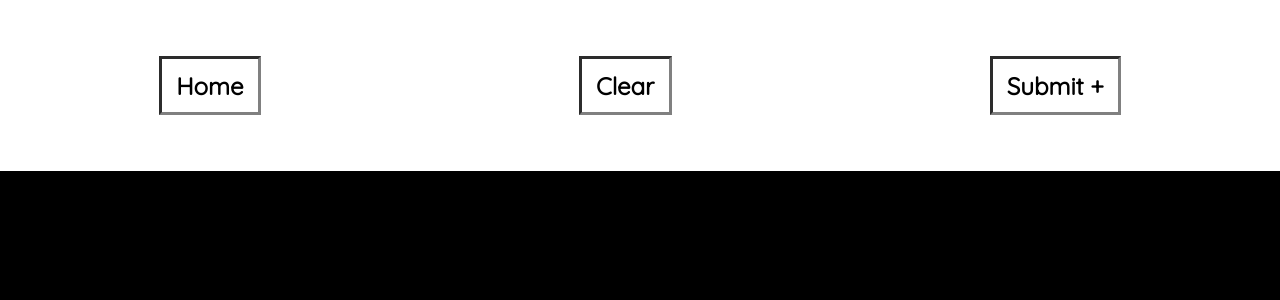
Repository: rickypcyt/WebMural
Page: /
An editor plug-in stored every save of this project. The page is shown before and after the next save, followed by the edit.
The browser window is 1280 px wide. The pictures show the whole page.
The project was rebuilt for these pictures with package versions that can differ from the ones it lists, and the page was loaded fresh each time.

Above is the page before, as saved 2022-09-12 13:34:20.

### src/index.js
import React from "react";
import ReactDOM from "react-dom/client";
import "./index.css";
import WebMural from "./Pages/WebMural";
import reportWebVitals from "./reportWebVitals";
import { BrowserRouter, Routes, Route, Switch } from "react-router-dom";

const root = ReactDOM.createRoot(document.getElementById("root"));
root.render(
  <React.StrictMode>
    <BrowserRouter>
      <WebMural />
    </BrowserRouter>
  </React.StrictMode>
);

// If you want to start measuring performance in your app, pass a function
// to log results (for example: reportWebVitals(console.log))
// or send to an analytics endpoint. Learn more: https://bit.ly/CRA-vitals
reportWebVitals();

### src/index.css
@import url("https://fonts.googleapis.com/css2?family=Quicksand");

input[type="file"] {
  display: none;
}
.container {
  top: 0%;
  left: 0%;
}
::marker {
  display: none;
}
.image-container {
  width: 100%;
  margin: auto;
  display: flex;
  flex-direction: row;
  justify-content: space-evenly;
  gap: 15px;
  padding: 10px;
  background-color: black;
}
html{
  background: black;
}

body {
  line-height: 1;
  font-family: "Quicksand";
  font-size: large;
  margin: 0%;
  padding: 0%;
}
main {
  top: 10%;
}
ol {
  list-style: none;
  display: flex;
  padding: 0;
  align-items: flex-start;
  justify-content: space-around;
  display: flex;
  flex-wrap: wrap;
  align-content: center;
}
.content {
  position: absolute;
  right: calc(var(--pad) * 2);
  bottom: calc(var(--pad) * 2);
  white-space: nowrap;
}
.parrafo {
  line-height: 1.5;
  text-align: end;
  font-size: larger;
}
.parrafo span {
  display: block;
}
.titulo {
  margin: 0;
}
.oli {
  font-weight: bold;
  border-style: inset;
  border-color: gray;

  font-size: x-large;
  padding: 1ch;
}
.descripcion {
  font-weight: lighter;
  font-style: oblique;
}
.oli:hover {
  color: black;
  border-style: outset;
  border-color: gray;
}
.page {
  padding-top: 2%;
  padding-bottom: 3%;
}
.pageContact {
  padding-top: 8%;
  padding-bottom: 9%;
}
.cabeceranavi {
  padding-bottom: 3%;
  padding-top: 3%;
  background-color: white;
}
p {
  font-weight: bold;
}
a {
  color: black;
  text-decoration: none;
  padding: 0ch;
}
span {
  font-size: larger;
}
li {
  width: 7%;
  height: 10%;
}
ul {
  list-style-type: none;
  margin: 0%;
  display: flex;
  align-items: center;
  flex-direction: row;
  padding-top: 5%;
  padding-bottom: 5%;
  padding-left: 0%;
  justify-content: space-around;
}
.imagenes {
  display: block;
  height: auto;
  width: auto;
  padding-top: 5%;
  padding-bottom: 5%;
}

.imagenesproyect {
  position: relative;
}
.fixer {
  display: flex;
  flex-direction: row;
  justify-content: space-evenly;
  padding-bottom: 3%;
}
.overlay {
  position: absolute;
  top: 0.83cm;

  background: rgb(0, 0, 0);
  background: rgb(2, 0.3, 0.9, 0.6); /* Black see-through */
  color: #f1f1f1;
  width: 100%;
  transition: 0.5s ease;
  color: white;
  text-align: center;
  font-size: 20px;
  padding-top: 20px;
  padding-bottom: 20px;
  opacity: 0;
}
.imagenesproyect:hover .overlay {
  opacity: 1;
}
.overlay2 {
  position: absolute;
  bottom: 8%;
  background: rgb(0, 0, 0);
  background: rgba(40, 40, 40, 0.6); /* Black see-through */
  color: #f1f1f1;
  width: 100%;
  transition: 0.5s ease;
  color: white;
  text-align: center;
  font-size: 20px;
  padding-top: 20px;
  padding-bottom: 20px;
  opacity: 0;
}
.imagenesproyect:hover .overlay2 {
  opacity: 1;
}

.homeinfo {
  font-size: x-large;
}

@media screen and (max-width: 1340px) {
  .fixer {
    flex-direction: column;
    justify-content: center;
  }
  .imagenes {
    height: auto;
    width: 100%;
  }
  ol {
  }
}

.image-container {
  width: auto;
  margin: auto;
  /* display: flex; */
  flex-wrap: wrap;
  gap: 15px;
  padding: 10px;
}

.image-container img {
  max-width: 100%;
  max-height: 225px;
}

.container .image-container .image {
  border: 4px solid black;
  overflow: hidden;
  /* cursor: pointer; */
}

.container .image-container .image img {
  height: 100%;
  width: 100%;
}
@media (max-width: 700px) {
  .image-container img {
    max-height: -10px;
  }
}

.image:hover {
  transform: scale(
    1.15
  ); /* (150% zoom - Note: if the zoom is too large, it will go outside of the viewport) */
}

### src/Pages/WebMural.js
import React, { useState } from "react";
import { Link, useMatch, useResolvedPath } from "react-router-dom";

const UploadAndDisplayImage = () => {
  const [selectedFiles, setSelectedFiles] = useState([]);
  const handleImageChange = (e) => {
    setSelectedFiles([]);
    if (e.target.files) {
      const filesArray = Array.from(e.target.files).map((file) =>
        URL.createObjectURL(file)
      );
      setSelectedFiles((prevImages) => prevImages.concat(filesArray));
      Array.from(e.target.files).map((file) => URL.revokeObjectURL(file));
    }
  };

  const renderPhotos = (source) => {
    return source.map((photo) => {
      return (
        <div class="container">
          <figure class="image-container">
            <img className="image" src={photo} alt="" key={photo} />
          </figure>
        </div>
      );
    });
  };

  return (
    <main>
      <nav className="cabeceranavi">
        <ol>
          <div CustomLink to="/" className="oli">
            Home
          </div>
          <nav className="oli" onClick={() => handleImageChange(null)}>
            Clear
          </nav>
          <label for="upload-button">
            <nav>
              <input
                type="file"
                id="upload-button"
                multiple="multiple"
                accept="image/*"
                onChange={handleImageChange}
              />
              <div class="oli"> Submit + </div>
            </nav>
          </label>
        </ol>
      </nav>
      {selectedFiles && (
        <div>
          <div class="image-container">{renderPhotos(selectedFiles)}</div>
        </div>
      )}
    </main>
  );
};

export default UploadAndDisplayImage;

function CustomLink({ to, children, ...props }) {
  const resolvedPath = useResolvedPath(to);
  const isActive = useMatch({ path: resolvedPath.pathname, end: true });
  return (
    <li className={isActive ? "active" : ""}>
      <Link to={to} {...props}>
        {children}
      </Link>
    </li>
  );
}

Loaded but not shown: public/index.html (common file); src/reportWebVitals.js (common file)

After the next save:
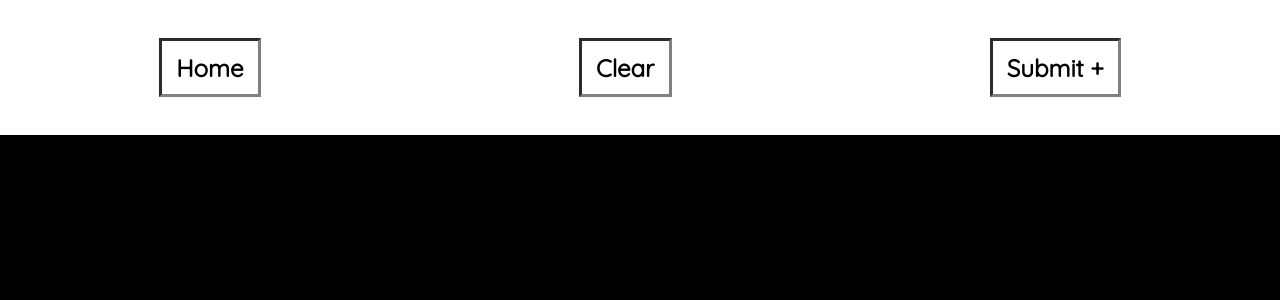
Saved 75 s later.
--- a/src/index.css
+++ b/src/index.css
@@ -20,7 +20,7 @@ input[type="file"] {
   padding: 10px;
   background-color: black;
 }
-html{
+html {
   background: black;
 }
 
@@ -43,6 +43,7 @@ ol {
   display: flex;
   flex-wrap: wrap;
   align-content: center;
+  margin: 0;
 }
 .content {
   position: absolute;
